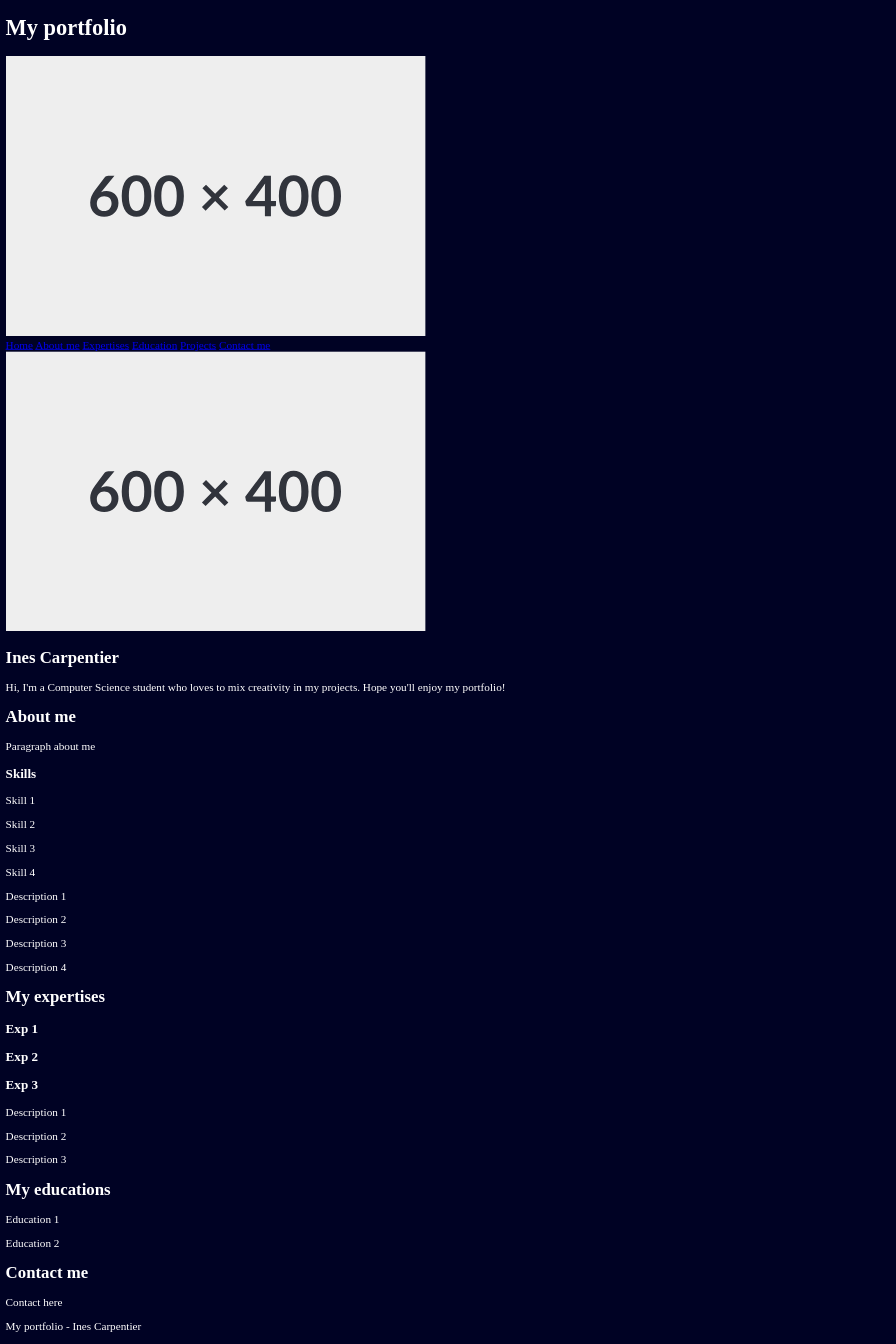
Repository: InsCarp/InsCarp
Page: index.html
An editor plug-in stored every save of this project. The page is shown before and after the next save, followed by the edit.
The browser window is 1280 px wide. The pictures show the whole page, at 70% of full size.
Backgrounds fixed to the window are drawn as part of the page.

Above is the page before, as saved 2026-04-22 10:18:40.
Not found: assets/images/GIF-Maker-Halloween-GIF-Transparent.gif

### index.html
<!DOCTYPE html>
<html lang="en">
<head>
    <meta charset="UTF-8">
    <meta name="viewport" content="width=device-width, initial-scale=1.0">
    <link rel="icon" href="/assets/images/Logo.png" type="image/png" />
    <link rel="stylesheet" href="/styles/globals.css" type="text/css"/>
    <link rel="stylesheet" href="/styles/index.css" type="text/css"/>

    <title>Portfolio - Ines Carpentier</title>
</head>
<header>
    <h1 id="Title">My portfolio</h1>
    <img src="/assets/images/placeholder.svg" alt="My image"/>
    <nav>
        <a href="index.html">Home</a>
        <a href="#About">About me</a>
        <a href="#Expertises">Expertises</a>
        <a href="#Education">Education</a>
        <a href="project.html">Projects</a> <!--Put my project page here-->
        <a href="#Contact">Contact me</a>
    </nav>
</header>
<body>
    <div class="Intro">
        <article>
            <img src="/assets/images/placeholder.svg" alt="Me in a circle placeholder"/>
        </article>
        <article>
            <h2>Ines Carpentier</h2>
            <p>Hi, I'm a Computer Science student who loves to mix creativity in my projects.
                Hope you'll enjoy my portfolio!</p>
        </article>
    </div>
    <div class="About">
        <h2 id="About">About me</h2>
        <p>Paragraph about me</p>
        <h3>Skills</h3>
        <article>
            <p>Skill 1</p>
            <p>Skill 2</p>
            <p>Skill 3</p>
            <p>Skill 4</p>
        </article>
        <article>
            <p>Description 1</p>
            <p>Description 2</p>
            <p>Description 3</p>
            <P>Description 4</P>
        </article>
    </div>
    <div class="Exp">
        <h2 id="Expertises">My expertises</h2>
        <article>
            <h3>Exp 1</h3>
            <h3>Exp 2</h3>
            <h3>Exp 3</h3>
        </article>
        <article>
            <p>Description 1</p>
            <p>Description 2</p>
            <p>Description 3</p>
        </article>
    </div>
    <div class="Education">
        <h2 id="Education">My educations</h2>
        <p>Education 1</p>
        <p>Education 2</p>
    </div>
    <div class="Contact">
        <h2 id="Contact">Contact me</h2>
        <p>Contact here</p>
    </div>
</body>
<footer>
    <p>My portfolio - Ines Carpentier</p>
</footer>
</html>

### styles/globals.css
body{
    background-color:rgb(0, 2, 36);
    color:rgb(255, 255, 255);
    background-image: url(../assets/images/GIF-Maker-Halloween-GIF-Transparent.gif);
    background-size: cover;
    background-repeat: no-repeat;
    background-attachment: fixed;
}

Loaded but not shown: styles/index.css (no copy from this time; the picture is the same without it)

After the next save:
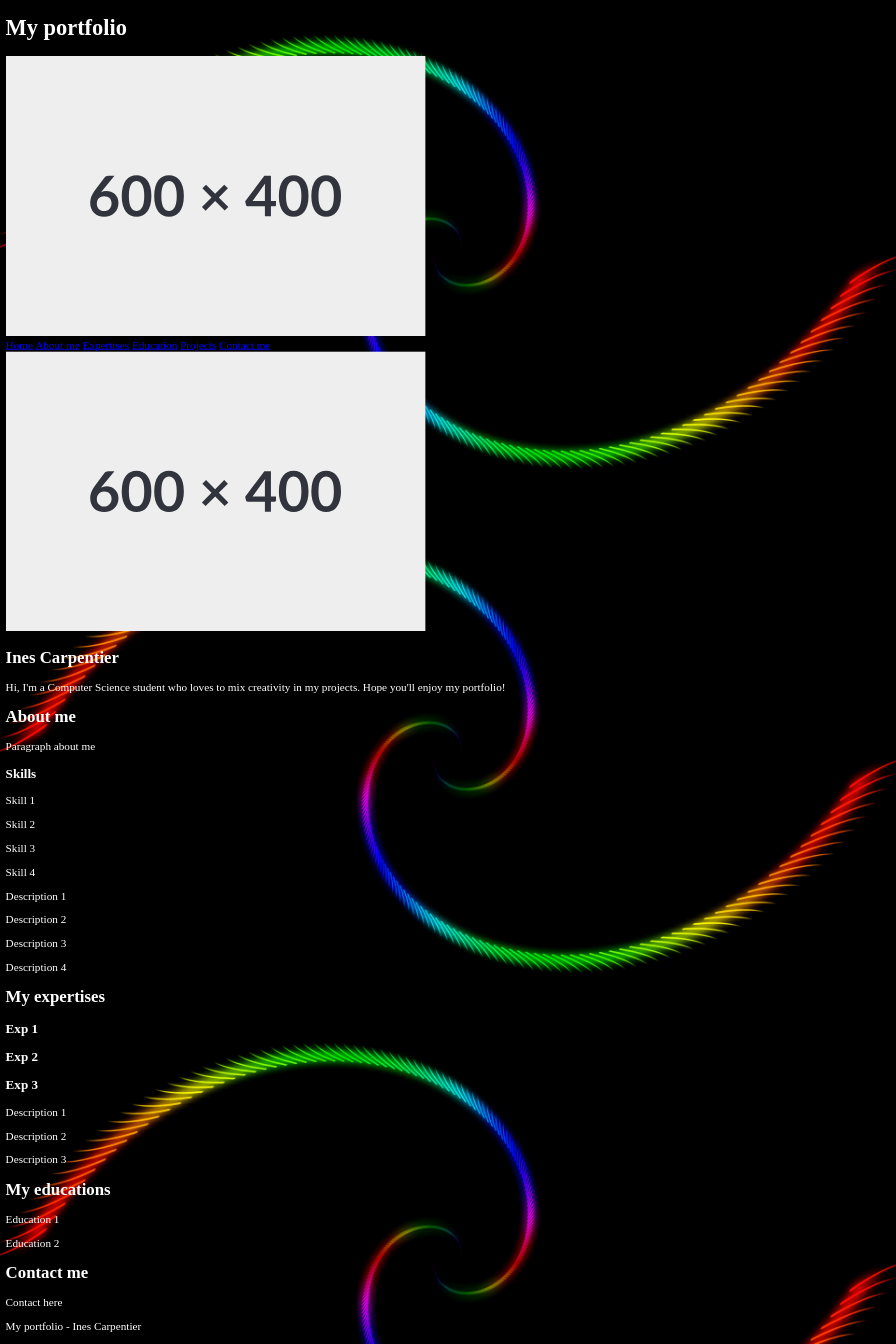
Saved 2 min 25 s later.
--- a/styles/globals.css
+++ b/styles/globals.css
@@ -1,7 +1,7 @@
 body{
     background-color:rgb(0, 2, 36);
     color:rgb(255, 255, 255);
-    background-image: url(../assets/images/GIF-Maker-Halloween-GIF-Transparent.gif);
+    background-image: url(../assets/images/back.gif);
     background-size: cover;
     background-repeat: no-repeat;
     background-attachment: fixed;
